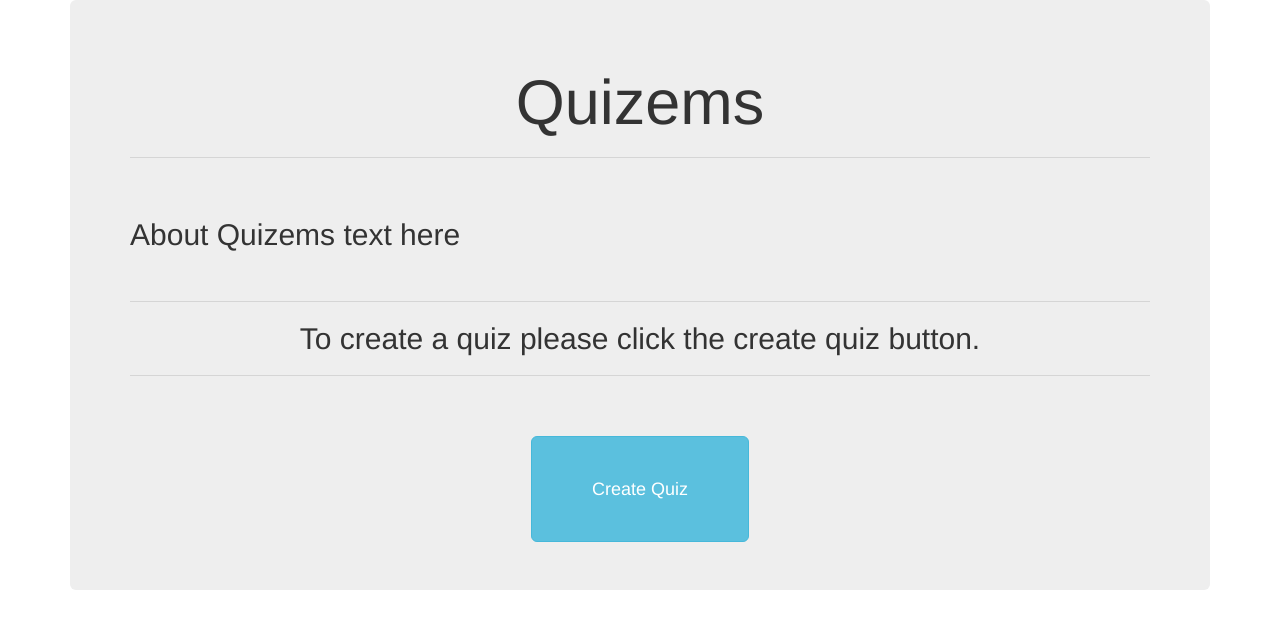
Repository: phillipdacosta/QuizemsNew
Page: /
These files come from the project's save history. The page is drawn as it stood at one moment and after the next save; the edit follows.
The browser window is 1280 px wide. The pictures show the whole page.
Some web libraries are served in a nearby version. The project was rebuilt for these pictures with package versions that can differ from the ones it lists, and the page was loaded fresh each time. Also part of the build but not shown: angular.json, src/app/professor/professor.component.ts, src/app/data.service.ts, src/app/question.model.ts, src/app/quiz/quiz.component.ts, src/app/student/student.component.ts, src/app/questions/questions.component.ts, src/app/question-display/question-display.component.ts and 1 more.

Above is the page before, as saved 2019-06-30 16:19:26.

### src/index.html
<!doctype html>
<html>
<head>
  <meta charset="utf-8">
  <title>Angular Bootstrap Demo</title>
  <base href="/">
  <meta name="viewport" content="width=device-width, initial-scale=1">
  <link rel="icon" type="image/x-icon" href="favicon.ico">
  <link rel="stylesheet" href="https://maxcdn.bootstrapcdn.com/bootstrap/3.3.7/css/bootstrap.min.css" integrity="sha384-BVYiiSIFeK1dGmJRAkycuHAHRg32OmUcww7on3RYdg4Va+PmSTsz/K68vbdEjh4u" crossorigin="anonymous">
</head>
<body>
  <app-root>Loading...</app-root>
  <script src="https://code.jquery.com/jquery-3.1.1.min.js" integrity="sha256-hVVnYaiADRTO2PzUGmuLJr8BLUSjGIZsDYGmIJLv2b8=" crossorigin="anonymous"></script>
  <script src="https://maxcdn.bootstrapcdn.com/bootstrap/3.3.7/js/bootstrap.min.js" integrity="sha384-Tc5IQib027qvyjSMfHjOMaLkfuWVxZxUPnCJA7l2mCWNIpG9mGCD8wGNIcPD7Txa" crossorigin="anonymous"></script>
</body>
</html>

### src/app/app-routing.module.ts
import { NgModule } from '@angular/core';
import { Routes, RouterModule } from '@angular/router';
import { ProfessorComponent } from './professor/professor.component';
import { QuestionsComponent } from './questions/questions.component';
import { QuizComponent } from './quiz/quiz.component';
import { AboutComponent } from './about/about.component';

const routes: Routes = [

  {
    path: '',
    component: AboutComponent,

 } ,

  {
    path: 'home',
    component: ProfessorComponent,

 } ,


 {
  path: 'quiz',
  component: QuizComponent

}

];

@NgModule({
  imports: [RouterModule.forRoot(routes), RouterModule.forRoot(routes,{useHash:true})],
  exports: [RouterModule]
})
export class AppRoutingModule { }

### src/app/app.component.ts
import { Component } from '@angular/core';

@Component({
  selector: 'app-root',
  templateUrl: './app.component.html',
  styleUrls: ['./app.component.css']
})
export class AppComponent {
  title = 'quizems';
}

### src/app/about/about.component.ts
import { Component, OnInit } from '@angular/core';
import { Router } from '@angular/router';

@Component({
  selector: 'app-about',
  templateUrl: './about.component.html',
  styleUrls: ['./about.component.css']
})
export class AboutComponent implements OnInit {

  constructor(private router : Router) { }

  navigateToQuiz() {

    this.router.navigateByUrl('home');
  }

  ngOnInit() {
  }

}

### src/app/about/about.component.html

<div class = "container">

<div class = "jumbotron">



<h1 class = "welcomeText">

    Quizems
  </h1>

  <hr>
  <br>
  <h2>

     About Quizems text here
   </h2>

<br>
<hr>
<h2 class = "welcomeText">
  To create a quiz please click the create quiz button.
</h2>

<hr>
<br>

  <br>

  <div class = "col text-center">



<button type="button" class="btn btn-info btn-lg" (click) = "navigateToQuiz()">Create Quiz</button>

</div>
</div>

</div>

### src/app/about/about.component.css
.welcomeText{

    text-align: center;
}

.btn{

    padding: 40px 60px;
}

Loaded but not shown: src/styles.css (common file); src/main.ts (common file); src/app/app.module.ts (common file); src/environments/environment.ts (common file); src/app/app.component.html (common file); src/app/app.component.css (no stored copy; drawn as an empty file)

After the next save:
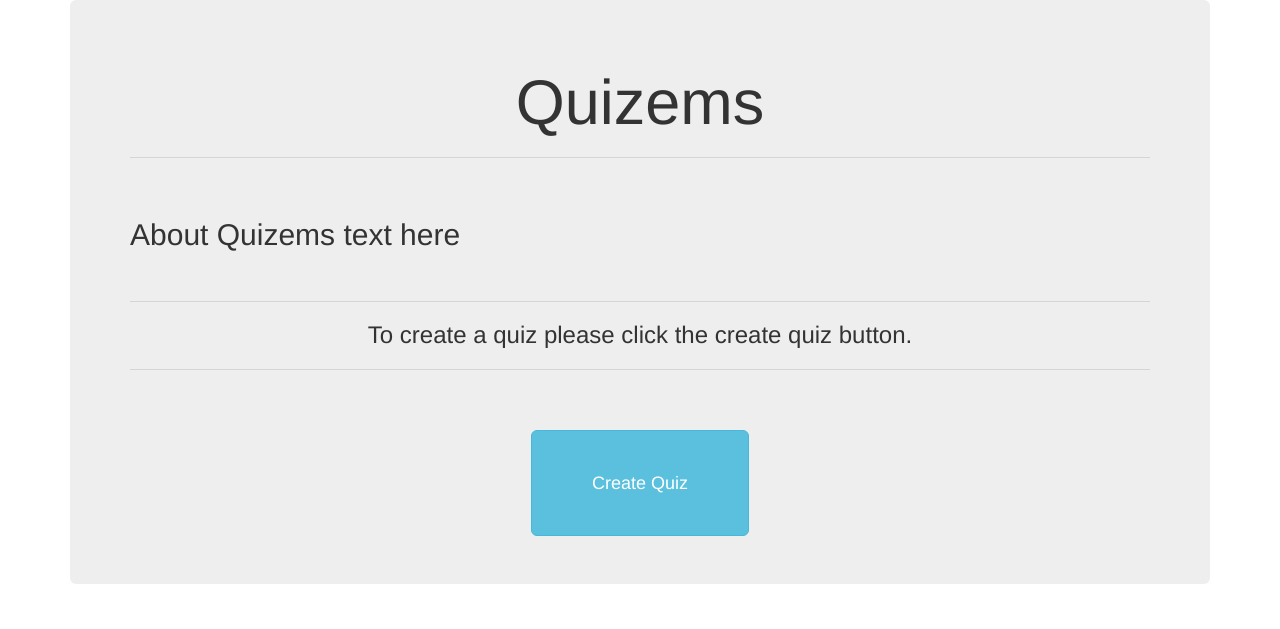
Saved 53 s later.
--- a/src/app/about/about.component.html
+++ b/src/app/about/about.component.html
@@ -19,9 +19,9 @@
 
 <br>
 <hr>
-<h2 class = "welcomeText">
+<h3 class = "welcomeText">
   To create a quiz please click the create quiz button.
-</h2>
+</h3>
 
 <hr>
 <br>

After the save that followed:
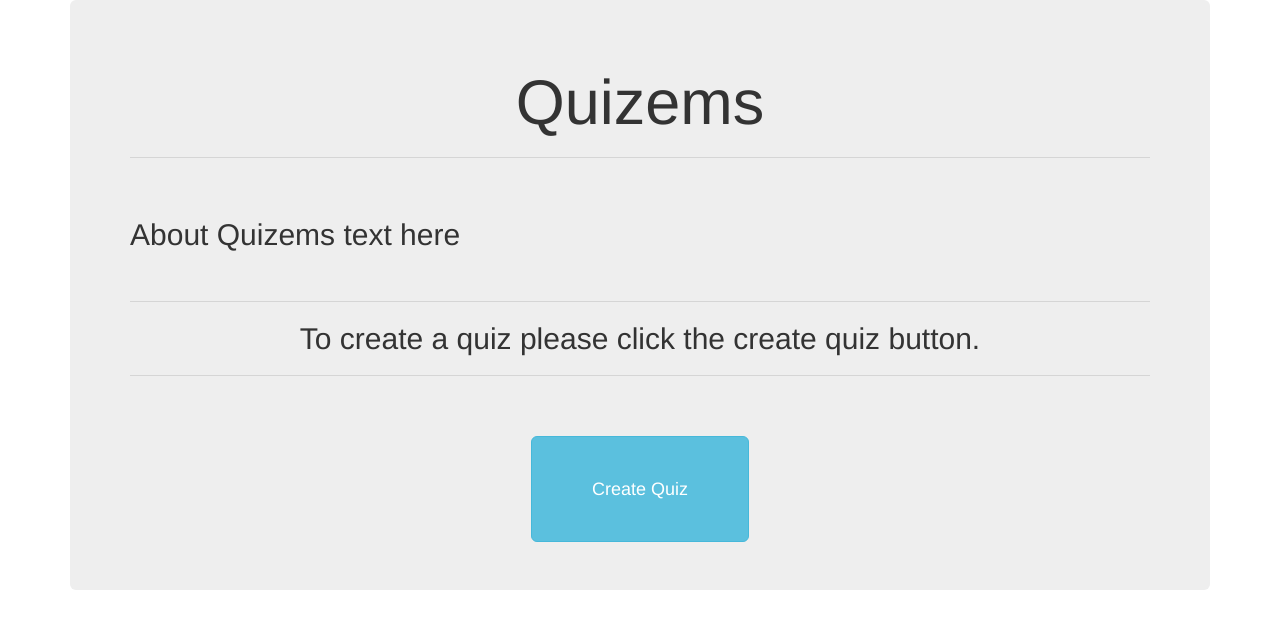
Saved 7 s later.
--- a/src/app/about/about.component.html
+++ b/src/app/about/about.component.html
@@ -19,9 +19,9 @@
 
 <br>
 <hr>
-<h3 class = "welcomeText">
+<h2 class = "welcomeText">
   To create a quiz please click the create quiz button.
-</h3>
+</h2>
 
 <hr>
 <br>
